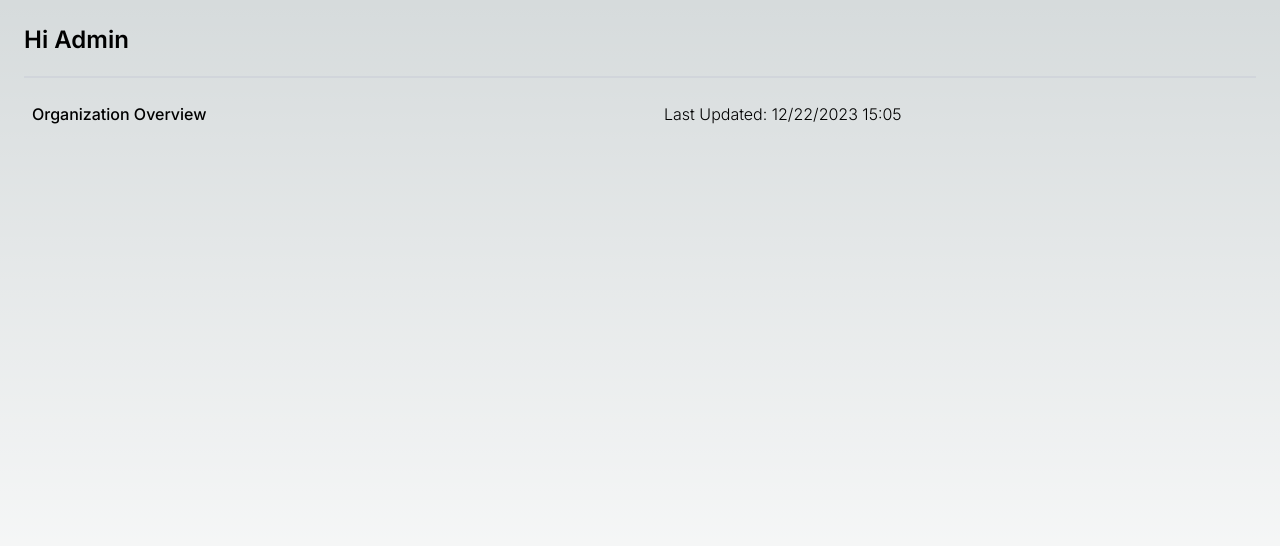
Repository: khairul35/merchant-dashboard
Page: /home
These files come from the project's save history. The page is drawn as it stood at one moment and after the next save; the edit follows.
The browser window is 1280 px wide. The pictures show the whole page.
The project was rebuilt for these pictures with package versions that can differ from the ones it lists, and the page was loaded fresh each time. The framework's server and built-in components were replaced by stand-ins that run in the browser. Also part of the build but not shown: next.config.js, app/components/layout/Header/index.module.css, app/components/layout/Header/index.component.tsx, app/components/layout/Navigation/index.module.css, app/components/layout/Navigation/index.component.tsx, app/components/layout/Navigation/menus.tsx.

Above is the page before, as saved 2024-01-03 15:48:58.

### app/layout.tsx
import type { Metadata } from 'next'
import { Inter } from 'next/font/google'
import Header from './components/layout/Header';
import Navigation from './components/layout/Navigation';
import { NotificationProvider } from './components/notification/NotificationContext.client';
import './globals.css';

const inter = Inter({ subsets: ['latin'] })

export const metadata: Metadata = {
  title: 'Merchant apps',
  description: 'Merchant web app',
}

export default function RootLayout({
  children,
}: {
  children: React.ReactNode
}) {
  return (
    <html lang="en">
      <body className={inter.className}>
        <NotificationProvider>
          <div className='flex flex-col h-screen overflow-hidden'>
            <Header />
            <div
              className="flex flex-1"
              style={{
                maxHeight: 'calc(100vh - 77px)',
              }}>
              <Navigation />
              <main className="flex-1 p-4">{children}</main>
            </div>
          </div>
        </NotificationProvider>
      </body>
    </html>
  )
}

### app/home/page.tsx
import Component from "./index.component";
import { HomeProps } from "./index.prop";

const Home = () => {
    const name = 'Admin'
    const props: HomeProps = {
        name,
    }
    return (<Component {...props} />)
};

export default Home;

### app/components/layout/Header/index.tsx
'use client';

import { useEffect } from "react";
import Component from './index.component'
import { HeaderProps } from "./index.props";

const Header = () => {

    const onLogOut = () => {
        window.localStorage.setItem('isLogin', 'false');
        window.location.href = '/login';
    };

    useEffect(() => {
        if (window.localStorage.getItem('isLogin') == 'true') {
        }
    }, []);

    const props: HeaderProps = {
        onLogOut
    }

    return window.localStorage.getItem('isLogin') == 'true' ?
        (
            <Component {...props} />
        )
        : (<></>)
};

export default Header;

### app/components/layout/Navigation/index.tsx
'use client'

import Component from "./index.component";
import { NavigationProps } from "./index.props";
import { useState, useEffect } from 'react';
import { menus } from "./menus";

const Navigation = () => {

    const [currentPath, setCurrentPath] = useState<string>('');

    useEffect(() => {
        setCurrentPath(window.location.pathname);
    }, []);

    const props: NavigationProps = {
        menus,
        path: currentPath,
        setCurrentPath,
    }

    return window.localStorage.getItem('isLogin') == 'true' ?
        (
            <Component {...props} />
        )
        : (<></>)
};

export default Navigation;

### app/components/notification/NotificationContext.client.tsx
'use client';
import React, { createContext, useContext, useState } from 'react';

type NotificationType = 'success' | 'error' | 'loading';

type Notification = {
  message: string;
  type: NotificationType;
};

type NotificationContextType = {
  notification: Notification | null;
  showNotification: (message: string, type: NotificationType) => void;
  closeNotification: () => void;
};

const NotificationContext = createContext<NotificationContextType | null>(null);

interface NotificationProviderProps {
  children: React.ReactNode;
}

export const useNotification = () => {
  const context = useContext(NotificationContext);
  if (!context) {
    throw new Error('useNotification must be used within a NotificationProvider');
  }
  return context;
};

export const NotificationProvider: React.FC<NotificationProviderProps> = ({ children }) => {
  const [notification, setNotification] = useState<Notification | null>(null);

  const closeNotification = () => {
    setNotification(null);
  };

  const showNotification = (message: string, type: NotificationType) => {
    setNotification({ message, type });
    setTimeout(() => {
      closeNotification();
    }, 5000);
  };

  const value: NotificationContextType = {
    notification,
    showNotification,
    closeNotification,
  };

  return (
    <NotificationContext.Provider value={value}>
      {children}
    </NotificationContext.Provider>
  );
};

### app/globals.css
@tailwind base;
@tailwind components;
@tailwind utilities;

:root {
  --foreground-rgb: 0, 0, 0;
  --background-start-rgb: 214, 219, 220;
  --background-end-rgb: 255, 255, 255;
}

body {
  color: rgb(var(--foreground-rgb));
  background: linear-gradient(
      to bottom,
      transparent,
      rgb(var(--background-end-rgb))
    )
    rgb(var(--background-start-rgb));
    margin: 0;
    padding: 0;
}

### app/home/index.component.tsx
import { HomeProps } from "./index.prop";

const Component = (props: HomeProps) => {
    const { name } = props;

    return (
        <div>
            <div className="p-2">
                <h2 className="font-semibold text-2xl pb-5 border-b-2 border-y-gray-300">Hi { name }</h2>
            </div>
            <div className="grid grid-cols-1 sm:grid-cols-2 gap-4">
                <div className="p-4 font-medium">Organization Overview</div>
                <div className="p-4 font-light">Last Updated: 12/22/2023 15:05</div>
            </div>
        </div>
    )
};

export default Component;

### tailwind.config.ts
import type { Config } from 'tailwindcss'

const config: Config = {
  content: [
    './pages/**/*.{js,ts,jsx,tsx,mdx}',
    './components/**/*.{js,ts,jsx,tsx,mdx}',
    './app/**/*.{js,ts,jsx,tsx,mdx}',
  ],
  theme: {
    extend: {
      backgroundImage: {
        'gradient-radial': 'radial-gradient(var(--tw-gradient-stops))',
        'gradient-conic':
          'conic-gradient(from 180deg at 50% 50%, var(--tw-gradient-stops))',
      },
      backgroundColor: {
        'bg-color': '#EAEAEA', // Define a custom background color class
      },
      button: {
        'primary': '#7A7A7A',
      },
      fontWeight: {
        'label': '600',
      },
    },
  },
  plugins: [require("daisyui")],
  daisyui: {
    themes: [
      {
        mytheme: {
          "primary": "##7A7A7A",
          "secondary": "#d926a9",
          "accent": "#1fb2a6",
          "neutral": "#2a323c",
          "base-100": "#1d232a",
          "info": "#3abff8",
          "success": "#36d399",
          "warning": "#fbbd23",
          "error": "#f87272",
        },
      },
    ],
  },
}
export default config

After the next save:
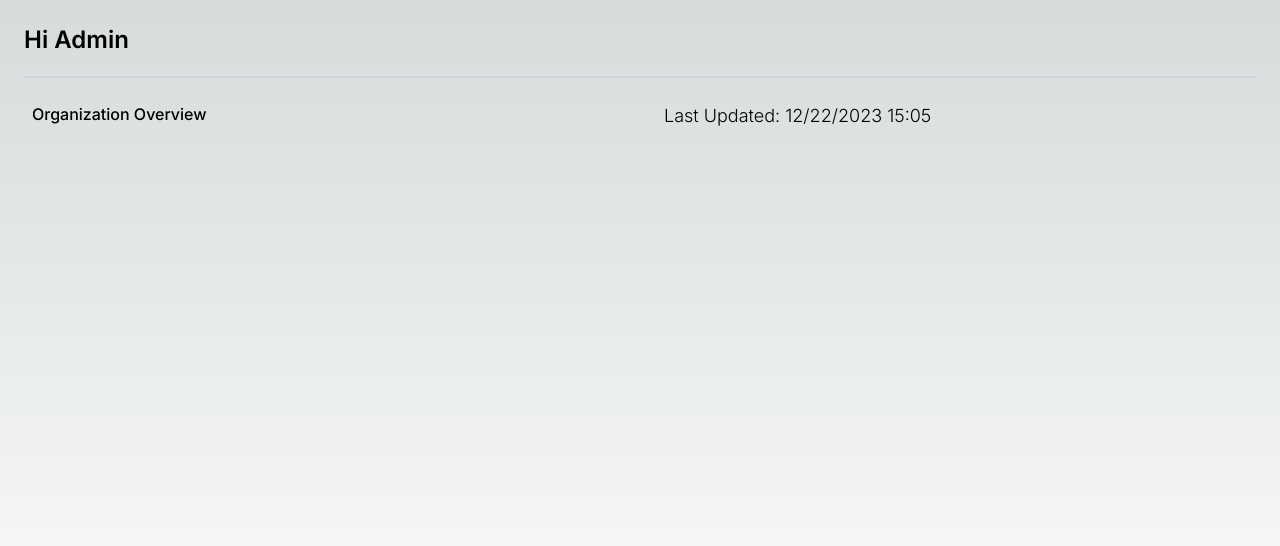
Saved 35 s later.
--- a/app/home/index.component.tsx
+++ b/app/home/index.component.tsx
@@ -10,7 +10,7 @@
             </div>
             <div className="grid grid-cols-1 sm:grid-cols-2 gap-4">
                 <div className="p-4 font-medium">Organization Overview</div>
-                <div className="p-4 font-light">Last Updated: 12/22/2023 15:05</div>
+                <div className="p-4 font-light text-lg">Last Updated: 12/22/2023 15:05</div>
             </div>
         </div>
     )

After the save that followed:
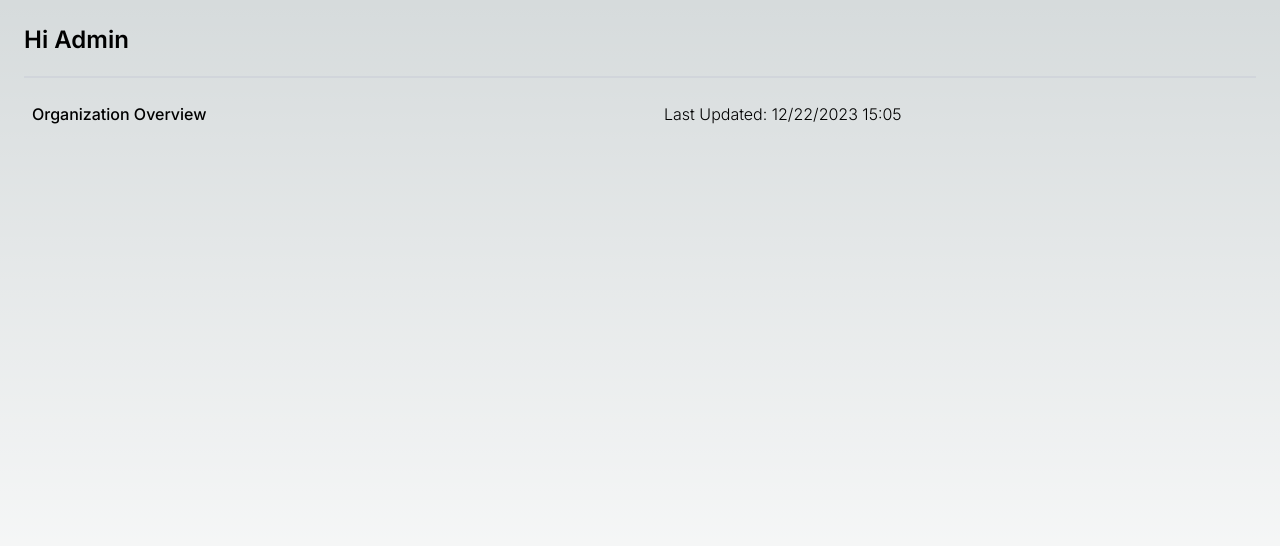
Saved 6 s later.
--- a/app/home/index.component.tsx
+++ b/app/home/index.component.tsx
@@ -10,7 +10,7 @@
             </div>
             <div className="grid grid-cols-1 sm:grid-cols-2 gap-4">
                 <div className="p-4 font-medium">Organization Overview</div>
-                <div className="p-4 font-light text-lg">Last Updated: 12/22/2023 15:05</div>
+                <div className="p-4 font-light text-md">Last Updated: 12/22/2023 15:05</div>
             </div>
         </div>
     )
